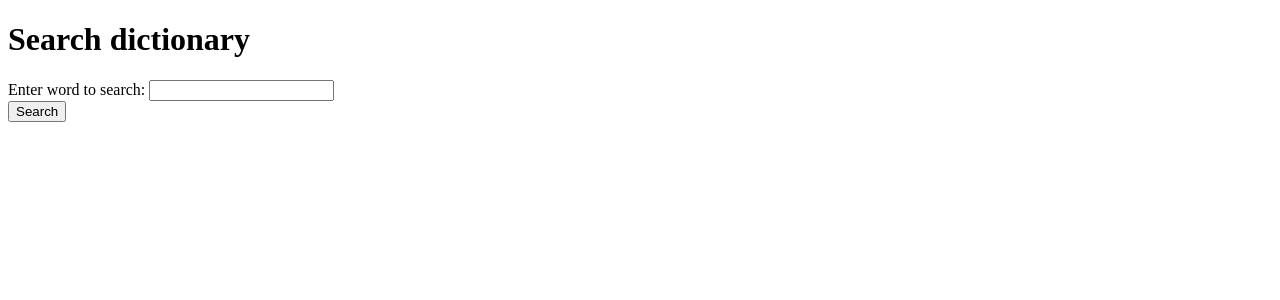
Repository: SnoW246/DS-Asynchronous-RMI-Dictionary-Service
Page: http://localhost/job-server/webApp.jsp
The author's editor kept a copy of each file at every save. The page is drawn from the files as they stood at one save, then again after the next save.
The browser window is 1280 px wide. The pictures show the whole page.
The page is served by Tomcat 9. Other server files are loaded and not shown.

Above is the page before, as saved 2017-12-22 23:03:44.

### job-server/WebContent/webApp.jsp
<%@ page language="java" contentType="text/html; charset=ISO-8859-1"
  pageEncoding="ISO-8859-1"%>
<!DOCTYPE html PUBLIC "-//W3C//DTD HTML 4.01 Transitional//EN" "http://www.w3.org/TR/html4/loose.dtd">
<html>
<head>
<meta http-equiv="Content-Type" content="text/html; charset=ISO-8859-1">
<title>dictionary</title>
</head>
<body>


<h1 style="Red;">Search dictionary</h1>
<form action="lookup" method="post">
<div class="form-group">
  <label>Enter word to search:</label>
  <input type="text" class="form-control" name="word">
</div>

<div class="form-group">
  <button class="btn btn-success" type="submit">Search</button>
</div>

</form>

<div class="alert alert-success">
   		${messages.description}
	</div>

</body>
</html>

After the next save:
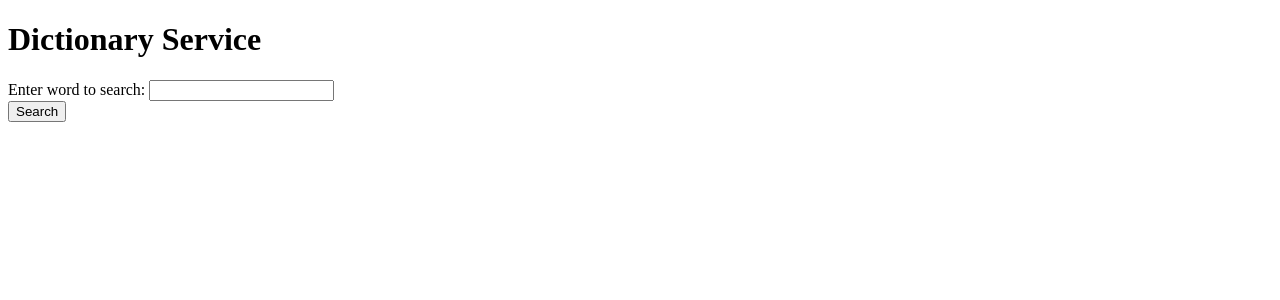
Saved 21 s later.
--- a/job-server/WebContent/webApp.jsp
+++ b/job-server/WebContent/webApp.jsp
@@ -9,7 +9,7 @@
 <body>
 
 
-<h1 style="Red;">Search dictionary</h1>
+<h1 style="Red;">Dictionary Service</h1>
 <form action="lookup" method="post">
 <div class="form-group">
   <label>Enter word to search:</label>
